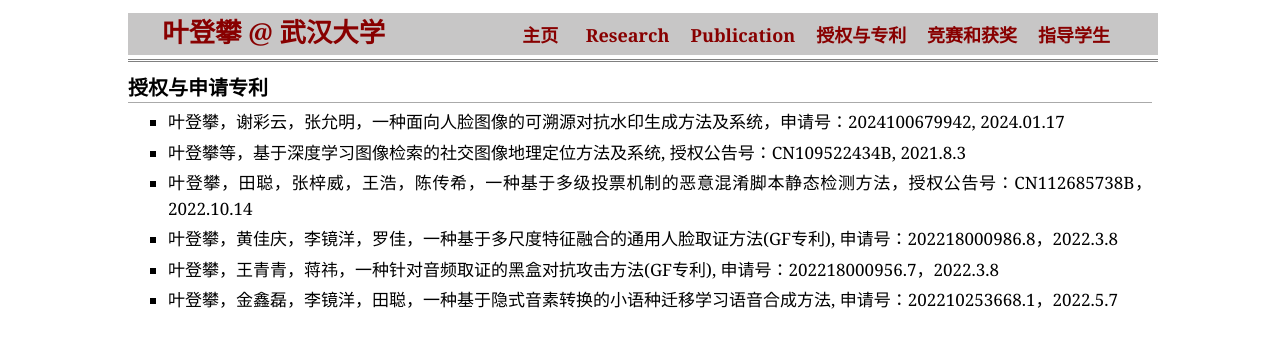
Repository: yedengpan/yedengpan.github.io
Page: patent.html
An editor plug-in stored every save of this project. The page is shown before and after the next save, followed by the edit.
The browser window is 1280 px wide. The pictures show the whole page.

Above is the page before, as saved 2024-01-18 21:03:23.
Console error: SyntaxError: Unexpected token '%'

After the next save:
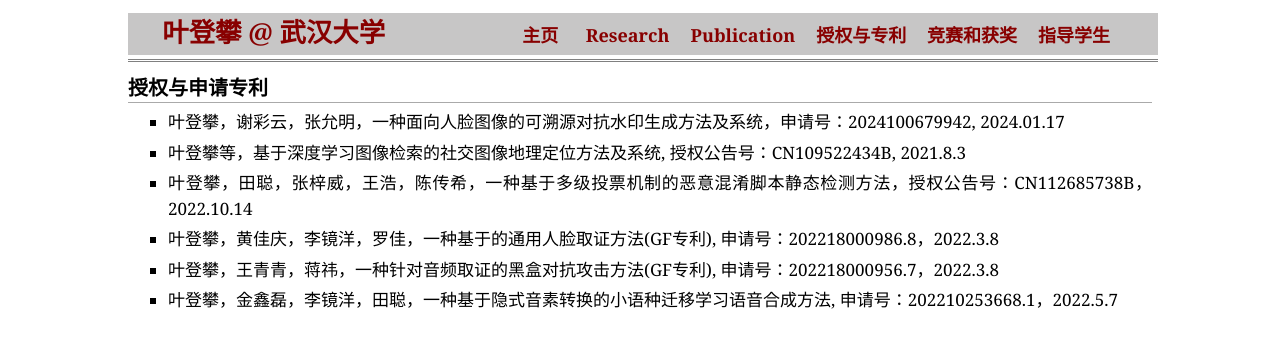
Saved 27 s later.
--- a/patent.html
+++ b/patent.html
@@ -51,7 +51,7 @@
                 </li>
                 <li>
                     <p style="text-align:justify;">
-                        叶登攀，黄佳庆，李镜洋，罗佳，一种基于多尺度特征融合的通用人脸取证方法(GF专利), 申请号：202218000986.8，2022.3.8
+                        叶登攀，黄佳庆，李镜洋，罗佳，一种基于的通用人脸取证方法(GF专利), 申请号：202218000986.8，2022.3.8
                     </p>
                 </li>
                 <li>
